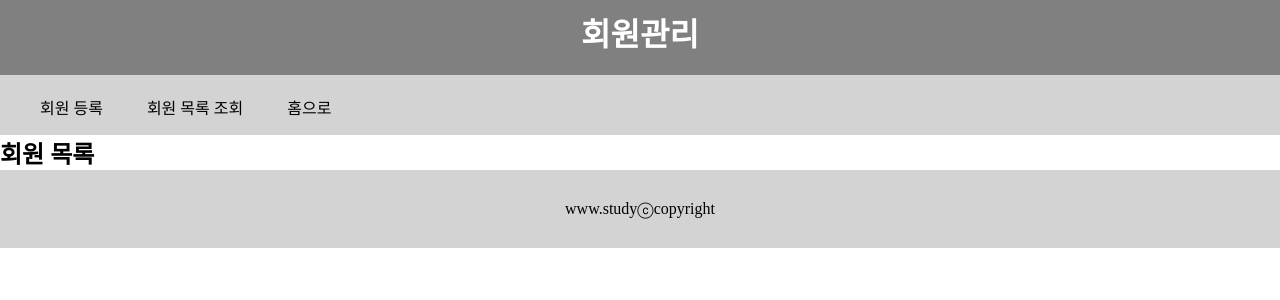
Repository: jieun000/Craftsman_Information_Processing
Page: http://localhost/00_study/memberForm.jsp
The author's editor kept a copy of each file at every save. The page is drawn from the files as they stood at one save, then again after the next save.
The browser window is 1280 px wide. The pictures show the whole page.
The page is served by Tomcat 9. Other server files are loaded and not shown.

Above is the page before, as saved 2023-07-02 13:57:42.

### 00_study/WebContent/memberForm.jsp
<%@ page language="java" contentType="text/html; charset=UTF-8"
    pageEncoding="UTF-8"%>

<%@ include file="header.jsp" %>
<!DOCTYPE html>
<html>
<head>
<meta charset="UTF-8">
<title>Insert title here</title>
</head>
<body>
	<h2>회원 목록</h1>


</body>
<%@ include file="footer.jsp" %>
</html>

### 00_study/WebContent/header.jsp
<%@ page language="java" contentType="text/html; charset=UTF-8"
    pageEncoding="UTF-8"%>
<!DOCTYPE html>
<html>
<head>
<meta charset="UTF-8">
<title>Insert title here</title>
<style>
	* {
		margin: 0px;
		padding: 0px;
	}
	header {
		width: 100%;
		height: 75px;
		background: gray;
		color: white;
		text-align: center;
		line-height: 70px;
	}
	nav {
		height: 20px;
		background: lightgray;
		padding: 20px;
	}
	a {
		text-decoration: none;
		color: black;
		padding:20px;
	}
</style>
</head>
<body>
	<header>
		<h1>회원관리</h1>
	</header>
	<nav>
		<a href="">회원 등록</a>
		<a href="">회원 목록 조회</a>
		<a href="">홈으로</a>
	</nav>
</body>
</html>

### 00_study/WebContent/footer.jsp
<%@ page language="java" contentType="text/html; charset=UTF-8"
    pageEncoding="UTF-8"%>
<!DOCTYPE html>
<html>
<head>
<meta charset="UTF-8">
<title>Insert title here</title>
</head>
<body>
	<footer style="padding: 30px; text-align: center; background: lightgray;">
		www.studyⓒcopyright
	</footer>
</body>
</html>

After the next save:
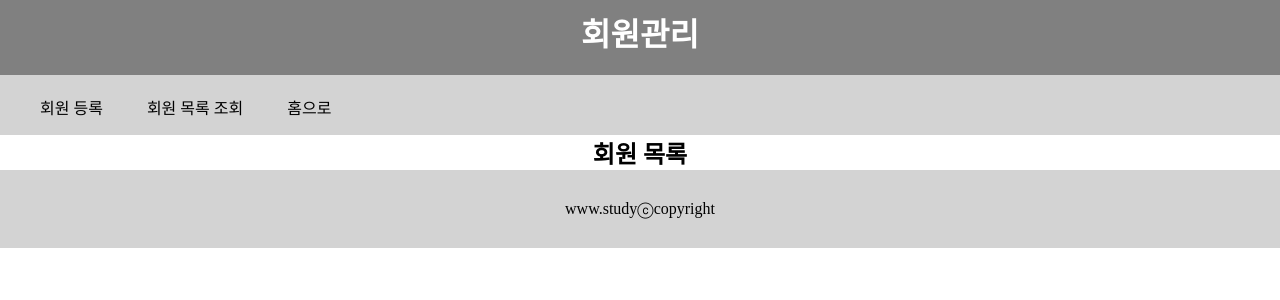
Saved 22 s later.
--- a/00_study/WebContent/memberForm.jsp
+++ b/00_study/WebContent/memberForm.jsp
@@ -9,7 +9,7 @@
 <title>Insert title here</title>
 </head>
 <body>
-	<h2>회원 목록</h1>
+	<h2 style="text-align: center;">회원 목록</h1>
 
 
 </body>
